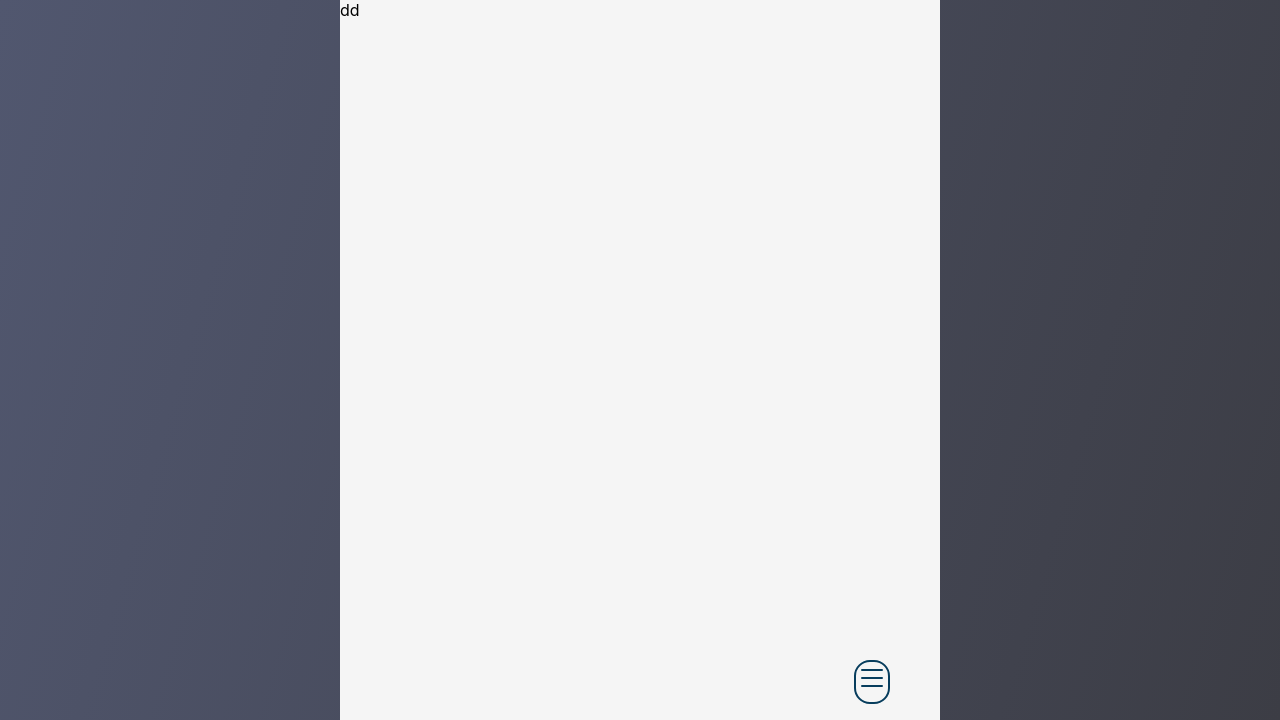
Repository: SeungYn/hanium
Page: /
An editor plug-in stored every save of this project. The page is shown before and after the next save, followed by the edit.
The browser window is 1280 px wide. The pictures show the whole page.
The project was rebuilt for these pictures with package versions that can differ from the ones it lists, and the page was loaded fresh each time. Also part of the build but not shown: src/App.css, src/components/ReadPopup/ReadPopup.module.css, src/components/ReadPopup/ReadPopup.jsx, src/pages/login/Login.jsx.

Above is the page before, as saved 2022-10-27 14:17:38.

### src/index.js
import React from 'react';
import ReactDOM from 'react-dom/client';
import './index.css';
import App from './App';

import { AuthErrorEventBus, AuthProvider } from './context/AuthContext';
import TokenStorage from './db/token';
import HttpClient from './network/http';
import AuthService from './service/auth';

const baseURL = 'https://d4a8ab3f9df191.lhr.life';
const tokenStorage = new TokenStorage();
const authErrorEventBus = new AuthErrorEventBus();
const httpClient = new HttpClient(baseURL, authErrorEventBus, tokenStorage);
const authService = new AuthService(httpClient, tokenStorage);

const root = ReactDOM.createRoot(document.getElementById('root'));
root.render(
  <React.StrictMode>
    <AuthProvider
      authService={authService}
      authErrorEventBus={authErrorEventBus}
      tokenStorage={tokenStorage}
    >
      <App authService={authService} />
    </AuthProvider>
  </React.StrictMode>
);

### src/index.css
:root {
  --color-darkBlue: #073d5d;
  --color-main: #42a5f5;
  --color-bg-dark: #f5f5f5;
  --color-bg: #fdfffd;
  --color-font: #073d5d;
  --color-accent: #073d5d;
  --color-font-accent: white;
  --color-error-bg: rgba(173, 173, 173, 0.401);
  --color-popup-bg: white;
  /* 사이즈 */
  --font-size-medium: 1.4rem;
  --font-size-small: 1rem;
}

* {
  box-sizing: border-box;
}

html,
body {
  height: 100%;
  width: 100%;
  margin: 0;
  background: rgb(81, 87, 111);
  background: linear-gradient(
    106deg,
    rgba(81, 87, 111, 1) 0%,
    rgba(60, 61, 69, 1) 100%
  );
  accent-color: var(--color-accent);
}
a {
  text-decoration: none;
  color: var(--color-font);
}
ul {
  padding: 0;
  margin: 0;
  list-style: none;
}
#root {
  height: 100%;
  width: 100%;
  max-width: 600px;
  background-color: var(--color-bg-dark);
  margin: auto;
  display: flex;
  flex-direction: column;
  position: relative;
}

button {
  cursor: pointer;
}
body {
  margin: 0;
  font-family: -apple-system, BlinkMacSystemFont, 'Segoe UI', 'Roboto', 'Oxygen',
    'Ubuntu', 'Cantarell', 'Fira Sans', 'Droid Sans', 'Helvetica Neue',
    sans-serif;
  -webkit-font-smoothing: antialiased;
  -moz-osx-font-smoothing: grayscale;
}

code {
  font-family: source-code-pro, Menlo, Monaco, Consolas, 'Courier New',
    monospace;
}

### src/App.js
import { useCallback } from 'react';
import { createBrowserRouter, RouterProvider } from 'react-router-dom';
import './App.css';
import FirstPage from './pages/firstPage/FirstPage';
import Root from './pages/Root';

// const router = createBrowserRouter([
//   {
//     path: '/',
//     element: <Root />,
//     children: [],
//   },
// ]);

function App({ authService }) {
  const router = useCallback(
    createBrowserRouter([
      {
        path: '/',
        element: <Root />,
        children: [
          { index: true, element: <FirstPage authService={authService} /> },
        ],
      },
    ]),
    [authService]
  );
  return <RouterProvider router={router} />;
}

export default App;

### src/context/AuthContext.jsx
import {
  createContext,
  createRef,
  useCallback,
  useContext,
  useEffect,
  useImperativeHandle,
  useMemo,
  useState,
} from 'react';
import ReadPopup from '../components/ReadPopup/ReadPopup';

import Login from '../pages/login/Login';

const AuthContext = createContext({});

const contextRef = createRef();

export function AuthProvider({
  authService,
  authErrorEventBus,
  children,
  tokenStorage,
}) {
  const [user, setUser] = useState(1);
  const [error, setError] = useState(null);

  const context = useMemo(() => ({}), []);

  const onLogin = async ({ loginId, password }) => {
    await authService
      .headerTokenLogin(loginId, password)
      .then((data) => {
        console.log(data);
        tokenStorage.saveUser({
          memberId: data.memberId,
          nickname: data.nickname,
        });
        setUser({ memberId: data.memberId, nickName: data.nickname });
        console.log(tokenStorage.getUser());
        return;
      })
      .catch((error) => {
        setError(error);
      });
  };

  const logout = useCallback(
    async () =>
      await authService.logout().then(() => {
        setUser(undefined);
      }),
    [authService]
  );

  useEffect(() => {
    authErrorEventBus.listen((err) => {
      console.log('err');
      console.log(err);
      setError(err);
      setUser(undefined);
      authService.logout();
    });
  }, [authErrorEventBus]);

  useEffect(() => {
    if (tokenStorage.getUser()) {
      setUser({ ...tokenStorage.getUser() });

      //nav('/');
    }

    //setUser({ token: localStorage.getItem('TOKEN') });
  }, []);

  return (
    <AuthContext.Provider value={context}>
      {user ? (
        children
      ) : (
        <>
          {error && (
            <ReadPopup content={error} onHandler={setError} type={'error'} />
          )}
          <Login authService={authService} onLogin={onLogin} />
        </>
      )}
    </AuthContext.Provider>
  );
}

export class AuthErrorEventBus {
  listen(callback) {
    this.callback = callback;
  }
  notify(error) {
    this.callback(error);
  }
}

export default AuthContext;
export const fetchToken = () => contextRef.current;
export const useAuth = () => useContext(AuthContext);

### src/db/token.js
const TOKEN = 'token';
const USER = 'user';
const USERNICKNAME = 'userNickName';
export default class TokenStorage {
  saveToken(token) {
    localStorage.setItem(TOKEN, token);
  }

  getToken() {
    return localStorage.getItem(TOKEN);
  }

  saveUser(user) {
    console.log(user);
    localStorage.setItem(USER, JSON.stringify(user));
    console.log(localStorage.getItem(USER));
  }

  getUser() {
    return JSON.parse(localStorage.getItem(USER));
  }

  clearToken() {
    console.log('토큰삭제');
    localStorage.clear(TOKEN);
  }
  clearUser() {
    console.log('유저삭제');
    localStorage.clear(USER);
  }
}

### src/network/http.js
export default class HttpClient {
  constructor(baseURL, authErrorEventBus, tokenStorage) {
    this.baseURL = baseURL;
    this.authErrorEventBus = authErrorEventBus;
    this.tokenStorage = tokenStorage;
  }

  async fetch(url, options) {
    console.log(`${this.baseURL}${url}`);
    let res = undefined;
    try {
      res = await fetch(`${this.baseURL}${url}`, {
        ...options,
        headers: {
          'Content-Type': 'application/json',
          ...options.headers,
        },
      });
    } catch (e) {
      const err = new Error('서버와 연결이 안됩니다.');
      throw err;
    }

    console.log(123);
    console.log(res);
    if (res.headers.get('Authorization')) {
      this.tokenStorage.saveToken(
        res.headers.get('Authorization').split(' ')[1]
      );
    }

    let data;
    console.log(res.headers);
    try {
      data = await res.json();
    } catch (error) {
      console.error('데이터 없어서 에러');
    }
    console.log(res);
    if (res.status > 299 || res.status < 200) {
      const message =
        data && data.message ? data.message : 'Something went wrong! 🤪';

      let error = new Error(message);

      if (res.status === 401) {
        console.log('401에러');
        error = new Error('로그인 정보가 잘 못 됐습니다.');
        this.authErrorEventBus.notify(error);
        return;
      }
      if (res.status === 400) {
        error.name = data.code ? data.code : '에러코드 등록 필요';
        console.log(error.message);
        throw error;
      }
      throw error;
    }

    return data;
  }
}

### src/service/auth.js
export default class AuthService {
  constructor(http, tokenStorage) {
    this.http = http;
    this.tokenStorage = tokenStorage;
  }

  //내 정보
  async getMyInfo() {
    const data = await this.http.fetch('/user', {
      method: 'GET',
      headers: this.getHeaders(),
    });
    return data;
  }

  //노드 /signup
  //스프링 /join
  async signup({
    nickname,
    loginId,
    password,
    email,
    sex,
    university,
    dept,
    sno,
  }) {
    console.log(nickname, loginId, password, email, sex, university, dept, sno);
    const data = await this.http.fetch('/auth/join', {
      method: 'POST',
      body: JSON.stringify({
        nickname,
        password,
        loginId,
        email,
        sex,
        university,
        dept,
        sno,
      }),
    });
    //this.tokenStorage.saveToken(data.token);
    return data;
  }

  //헤더로 토큰 받고 로그인
  async headerTokenLogin(loginId, password) {
    console.log(loginId, password);
    const data = await this.http.fetch(`/auth/login`, {
      method: 'POST',
      body: JSON.stringify({ loginId, password }),
    });
    // const res = await fetch(`${this.http.baseURL}/login`, {
    //   method: 'POST',
    //   headers: {
    //     'Content-Type': 'application/json',
    //   },
    //   body: JSON.stringify({ loginId, password }),
    // });

    // let data;
    // try {
    //   data = await res.json();
    // } catch (error) {
    //   console.error(error);
    // }

    // if (res.status > 299 || res.status < 200) {
    //   console.log('승유');
    //   const message =
    //     data && data.message ? data.message : 'Something went wrong! 🤪';
    //   const error = new Error(message);
    //   console.error('error = ', error);

    //   if (res.status === 401) {
    //     this.authErrorEventBus.notify(error);
    //   }
    //   if (res.status === 400) {
    //     error.name = data.code ? data.code : '에러코드 등록 필요';
    //     console.log(error.message);
    //     throw error;
    //   }
    //   throw error;
    // }
    // const token = res.headers.get('Authorization').split(' ')[1];
    // this.tokenStorage.saveToken(token);

    return data;
  }

  //노드서버 /idDuplicate
  //스프링서버 /duplicate-loginId
  async idDuplicateVerification(loginId) {
    const data = await this.http.fetch(`/auth/duplicate-loginId`, {
      method: 'POST',
      body: JSON.stringify({ loginId }),
    });
    return data;
  }

  async nicknameDuplicateVerification(nickname) {
    const data = await this.http.fetch(`/auth/duplicate-nickname`, {
      method: 'POST',
      body: JSON.stringify({ nickname }),
    });
    return data;
  }

  //이메일로 인증번호 받기
  async getEmailAuthenticationNumber(email) {
    console.log(email);
    const data = await this.http.fetch('/auth/mail-auth', {
      method: 'POST',
      body: JSON.stringify({
        email,
      }),
    });
    return data;
  }

  //인증번호 확인
  async authenticationNumberVerification(number) {
    const data = await this.http.fetch('/auth/mailcode-auth', {
      method: 'POST',
      body: JSON.stringify({
        code: number,
      }),
    });
    return data;
  }
  //노드서버 auth/login
  async login(loginId, password) {
    const data = await this.http.fetch('/auth/login', {
      method: 'POST',
      body: JSON.stringify({ loginId, password }),
    });
    this.tokenStorage.saveToken(data.token);
    return data;
  }

  async test() {
    const data = await this.http.fetch('/user', {
      method: 'GET',
      headers: this.getHeaders(),
    });
    return data;
  }

  async me() {
    const token = this.tokenStorage.getToken();
    return this.http.fetch('/me', {
      method: 'GET',
      headers: { Authorization: `Bearer ${token}` },
    });
  }

  async logout() {
    this.tokenStorage.clearToken();
    this.tokenStorage.clearUser();
  }

  getHeaders() {
    const token = this.tokenStorage.getToken();
    return {
      Authorization: `Bearer ${token}`,
    };
  }
}

### src/pages/firstPage/FirstPage.jsx
import React from 'react';

export default function FirstPage() {
  return <div>dd</div>;
}

### src/pages/Root.jsx
import React from 'react';
import { Outlet } from 'react-router-dom';
import Navbar from '../components/Navbar/Navbar';

export default function Root() {
  return (
    <>
      <Outlet />
      <Navbar />
    </>
  );
}

### src/components/Navbar/Navbar.jsx
import React, { useRef, useState } from 'react';
import { NavLink } from 'react-router-dom';
import styles from './Navbar.module.css';
import { AiOutlineHome } from 'react-icons/ai';
import { BsList, BsPerson } from 'react-icons/bs';
import { IoChatbubbleOutline } from 'react-icons/io5';
import { IconContext } from 'react-icons';

export default function Navbar() {
  //버튼 클릭시 넷바 위로 나타내기
  const navMenuRef = useRef();
  const btnRef = useRef();
  const [navToggle, setNavToggle] = useState(false);
  const handleBtn = (e) => {
    setNavToggle((t) => {
      if (t) btnRef.current.style.transform = 'rotate(0deg)';
      else btnRef.current.style.transform = 'rotate(30deg)';

      return !t;
    });

    console.log(e);
  };
  console.log(navToggle ? styles.navAppear : styles.navDisappear);
  return (
    <nav className={styles.nav}>
      <IconContext.Provider value={{ className: styles.reactIcon }}>
        <div
          ref={navMenuRef}
          className={`${styles.navMenu} ${
            navToggle ? styles.navAppear : styles.navDisappear
          }`}
        >
          <NavLink
            to='/'
            className={({ isActive }) =>
              isActive
                ? `${styles.active} ${styles.link}`
                : `${styles.unactive} ${styles.link}`
            }
          >
            <AiOutlineHome />
            <span className={styles.text}>홈</span>
          </NavLink>

          <NavLink
            to='/1'
            className={({ isActive }) =>
              isActive
                ? `${styles.active} ${styles.link}`
                : `${styles.unactive} ${styles.link}`
            }
          >
            <BsList />
            <span className={styles.text}>미정</span>
          </NavLink>

          <NavLink
            to='/2'
            className={({ isActive }) =>
              isActive
                ? `${styles.active} ${styles.link}`
                : `${styles.unactive} ${styles.link}`
            }
          >
            <IoChatbubbleOutline />
            <span className={styles.text}>채팅</span>
          </NavLink>

          <NavLink
            to='/3'
            className={({ isActive }) =>
              isActive
                ? `${styles.active} ${styles.link}`
                : `${styles.unactive} ${styles.link}`
            }
          >
            <BsPerson />
            <span className={styles.text}>내정보</span>
          </NavLink>
        </div>
      </IconContext.Provider>
      <button ref={btnRef} className={styles.btn} onClick={handleBtn}>
        <BsList />
      </button>
    </nav>
  );
}

### src/pages/login/Login.module.css
button {
  outline: none;
  border: none;
  color: var(--color-font);
  border: 2px solid var(--color-font);
  padding: 0.4rem 0;
  background-color: transparent;
  border-radius: 1rem;
}

button:hover {
  background-color: var(--color-accent);
  color: var(--color-font-accent);
}

.container {
  display: flex;
  flex-direction: column;
  overflow-y: auto;
  align-items: center;
  width: 100%;
}
.authTitle {
  width: 100%;
  text-align: center;
  color: var(--color-font);
}
.authForm {
  width: 100%;
}

.authForm__itemList .authForm__item,
.authForm__itemList .authForm__emailGroup {
  margin-top: 0.6rem;
}

.authForm__emailGroup {
  display: flex;
}

.emailBtn {
  flex: 0 0 20%;
  font-size: var(--font-size-small);
}

label[for='signup'] {
  cursor: pointer;
}

.form_signup {
  margin-top: 0.6rem;
  text-align: center;
}

.auth_btn {
  margin-top: 0.6rem;
  width: 100%;
  font-size: var(--font-size-medium);
  outline: none;
  border: none;
  color: var(--color-font);
  border: 2px solid var(--color-font);
  padding: 0.4rem 0;
  background-color: transparent;
  border-radius: 1rem;
}

.auth_btn:hover {
  background-color: var(--color-accent);
  color: var(--color-font-accent);
}

### src/components/Navbar/Navbar.module.css
.nav {
  position: absolute;
  bottom: 1rem;
  right: 1rem;
  font-size: var(--font-size-medium);
  text-align: center;
  display: flex;
  flex-direction: column;
  justify-content: end;

  align-items: center;
  height: 50%;
}

.link {
  display: flex;
  align-items: center;
}

.link:hover {
  color: black;
}

.navMenu {
  /* opacity: 0;
  pointer-events: none;
  transition: all 0.1s ease-out; */

  transition: height 0.3s ease-in;
  overflow: hidden;
  height: 0%;
  display: flex;
  flex-direction: column;
  justify-content: end;
}

.navAppear {
  height: 100%;
}

.navDisappear {
  height: 0%;
}

.reactIcon {
  font-size: 2.7rem;
}

.btn {
  padding: 0;
  transition: all 0.1s ease-in;
  font-size: 2rem;
}
.text {
  display: block;

  text-align: left;
}
.btn:hover {
}

/* @keyframes listUp {
  0% {
    height: 0%;
  }
  50% {
    height: 50%;
  }
  100% {
    height: 100%;
  }
} */

Loaded but not shown: public/index.html (common file)

After the next save:
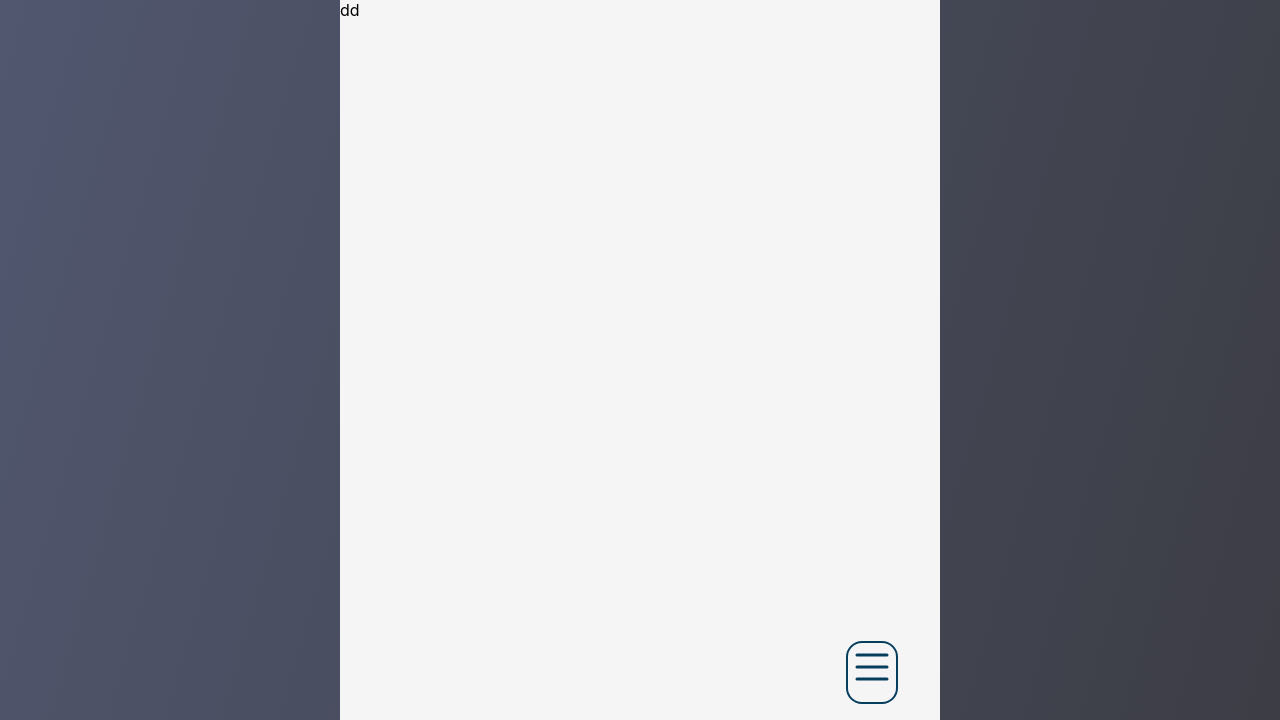
Saved 4 s later.
--- a/src/components/Navbar/Navbar.module.css
+++ b/src/components/Navbar/Navbar.module.css
@@ -49,7 +49,7 @@
 .btn {
   padding: 0;
   transition: all 0.1s ease-in;
-  font-size: 2rem;
+  font-size: 3rem;
 }
 .text {
   display: block;
